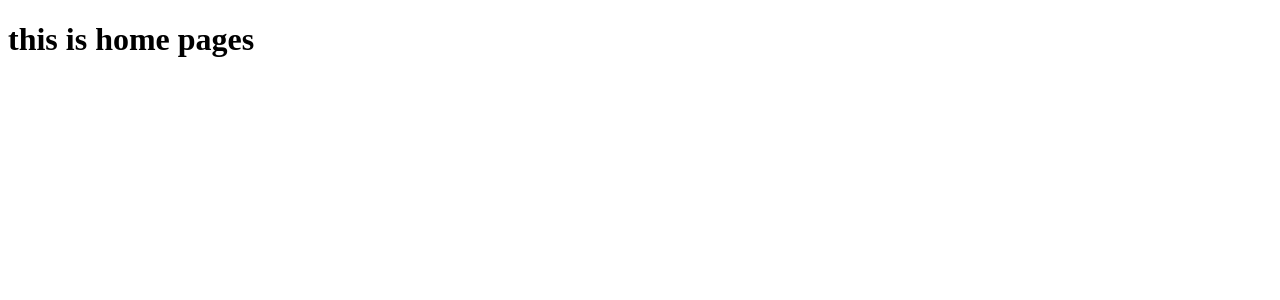
Repository: Dineshmarasini/springBoot-self-Exploration
Page: http://localhost/demo/views/home.jsp
These files come from the project's save history. The page is drawn as it stood at one moment and after the next save; the edit follows.
The browser window is 1280 px wide. The pictures show the whole page.
The page is served by Tomcat 9. Other server files are loaded and not shown.

Above is the page before, as saved 2023-09-15 12:10:38.

### demo/src/main/webapp/views/home.jsp
<%@ page language="java" contentType="text/html; charset=UTF-8"
    pageEncoding="UTF-8"%>
<!DOCTYPE html>
<html>
<head>
<meta charset="UTF-8">
<title>Home page</title>
</head>
<body>
<h1>this is home pages </h1>

</body>
</html>

After the next save:
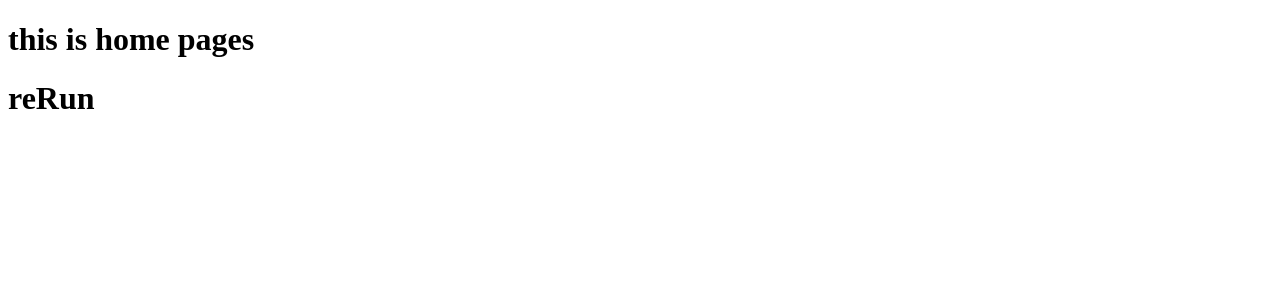
Saved 119 s later.
--- a/demo/src/main/webapp/views/home.jsp
+++ b/demo/src/main/webapp/views/home.jsp
@@ -8,6 +8,7 @@
 </head>
 <body>
 <h1>this is home pages </h1>
+<h1>reRun</h1>
 
 </body>
 </html>
